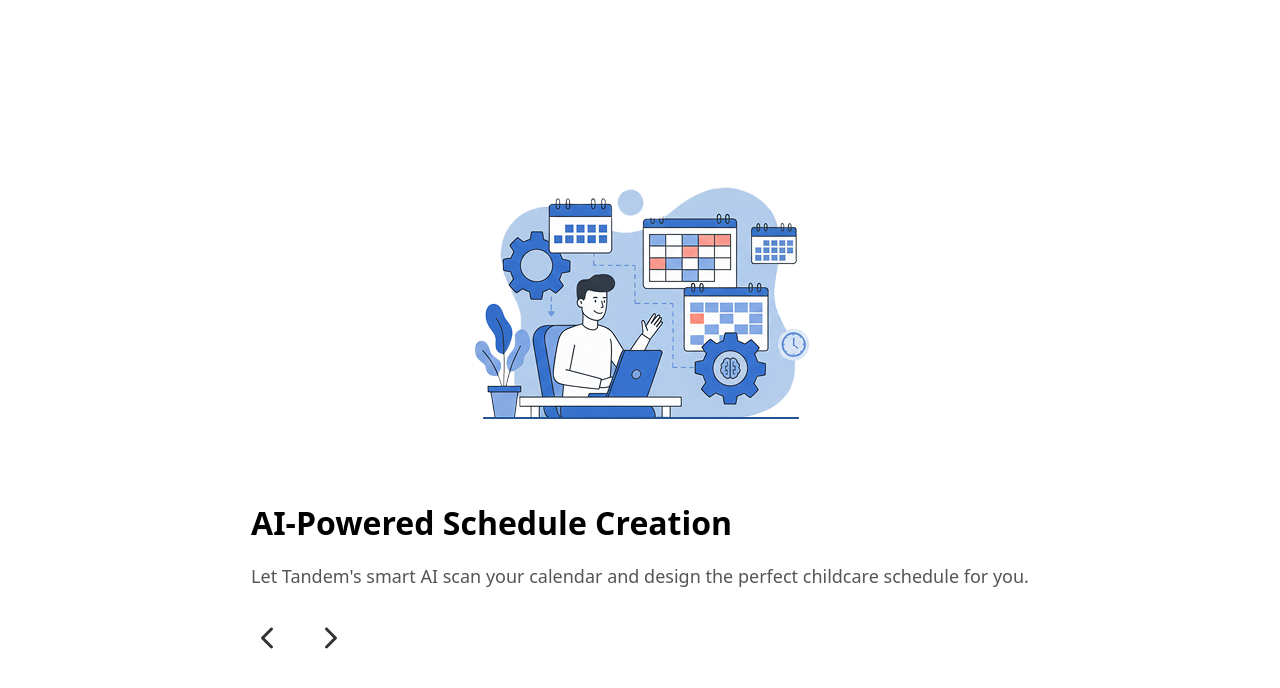
Repository: IDSP-TRADECARE/Tandem
Page: /boarding/features
These files come from the project's save history. The page is drawn as it stood at one moment and after a run of saves; the edit follows.
The browser window is 1280 px wide. The pictures show the whole page.
The page's requests for data from a server got no answer. Some web fonts or font styles are not loaded; a fallback is used. The project was rebuilt for these pictures with package versions that can differ from the ones it lists, and the page was loaded fresh each time. Some packages were replaced by stand-ins written for this rebuild. The framework's server and built-in components were replaced by stand-ins that run in the browser. No one was signed in, and anything a server would have sent is missing. Also part of the build but not shown: next.config.ts, src/app/components/auth/AuthGuard.tsx.

Above is the page before, as saved 2025-11-22 21:48:34.

### src/app/layout.tsx
/* eslint-disable @next/next/no-page-custom-font */
import { ClerkProvider } from '@clerk/nextjs'
import { SocketProvider } from '@/lib/socket/SocketContext'
import './globals.css'
import type { Metadata } from "next";
import { AuthWrapper } from './components/auth/AuthWrapper';


export const metadata: Metadata = {
  title: "Tandem",
  description: "Share childcare with your community",
  icons: {
    icon: 'brand/logoColor.svg',
  },
};

export default function RootLayout({
  children,
}: Readonly<{
  children: React.ReactNode;
}>) {
  return (
    <ClerkProvider>
      <html lang="en">
        <head>
          {/* Omnes Pro from Adobe Fonts */}
          <link rel="stylesheet" href="https://use.typekit.net/pku8yek.css" />

          {/* Alan Sans from Google Fonts */}
          <link rel="preconnect" href="https://fonts.googleapis.com" />
          <link rel="preconnect" href="https://fonts.gstatic.com" crossOrigin="anonymous" />
          <link href="https://fonts.googleapis.com/css2?family=Alan+Sans:wght@300..900&display=swap" rel="stylesheet" />
        </head>
        <body className="antialiased">
          <SocketProvider>
            <AuthWrapper>
              {children}
            </AuthWrapper>
          </SocketProvider>
        </body>
      </html>
    </ClerkProvider>
  )
}

### src/app/boarding/features/page.tsx
"use client";
import { useState } from "react";
import { useRouter } from "next/navigation";
import { GradientBackgroundFull } from "@/app/components/ui/backgrounds/GradientBackgroundFull";
import { IoIosArrowBack, IoIosArrowForward } from "react-icons/io";
import styles from "./features.module.css";

const features = [
    {
        id: 1,
        title: "AI-Powered Schedule Creation",
        description:
            "Let Tandem's smart AI scan your calendar and design the perfect childcare schedule for you.",
        imgSrc: "/boarding/Graphic-ai-powered-feature1.png",
    },
    {
        id: 2,
        title: "Seamless Nanny Booking",
        description:
            "Effortlessly discover and book reliable nannies tailored to your family's needs.",
        imgSrc: "/boarding/Seamless-nanny-booking-feature2.png",
    },
    {
        id: 3,
        title: "Intelligent Nanny Sharing",
        description:
            "Team up with nearby families to share trusted nannies, cutting costs while building lasting connections.",
        imgSrc: "/boarding/Intelligent-nanny-sharing-feature3.png",
    },
];

export default function FeaturesPage() {
    const [currentIndex, setCurrentIndex] = useState(0);
    const router = useRouter();

    const handleNext = () => {
        if (currentIndex < features.length - 1) {
            setCurrentIndex(currentIndex + 1);
        } else {
            router.push("./sign-up");
        }
    };

    const handlePrevious = () => {
        if (currentIndex > 0) {
            setCurrentIndex(currentIndex - 1);
        }
    };

    const currentFeature = features[currentIndex];

    return (
        <div className={styles.container}>
            <div className={styles.imageContainer}>
                <img
                    src={currentFeature.imgSrc}
                    alt={`Feature ${currentFeature.id}`}
                />
            </div>
            <div className='content-buttons'>
                <div className={styles.content}>
                    <h1 className={styles.title}>{currentFeature.title}</h1>

                    <p className={styles.description}>
                        {currentFeature.description}
                    </p>
                </div>
                <div className={styles.navigation}>
                    <button
                        onClick={handlePrevious}
                        disabled={currentIndex === 0}
                    >
                        <IoIosArrowBack size={32} />
                    </button>

                    <button onClick={handleNext}>
                        <IoIosArrowForward size={32} />
                    </button>
                </div>
            </div>
        </div>
    );
}

### src/lib/socket/SocketContext.tsx
'use client';

import { createContext, useContext, useEffect, useState } from 'react';
import { io, Socket } from 'socket.io-client';
import { ClientToServerEvents, ServerToClientEvents } from './types';

type TypedSocket = Socket<ServerToClientEvents, ClientToServerEvents>;

interface SocketContextType {
  socket: TypedSocket | null;
  isConnected: boolean;
}

const SocketContext = createContext<SocketContextType>({
  socket: null,
  isConnected: false,
});

export function SocketProvider({ children }: { children: React.ReactNode }) {
  const [socket, setSocket] = useState<TypedSocket | null>(null);
  const [isConnected, setIsConnected] = useState(false);

  useEffect(() => {
    const socketUrl = process.env.NEXT_PUBLIC_SOCKET_URL || 'http://localhost:3001';

    console.log('Connecting to Socket.IO server:', socketUrl);

    const socketInstance: TypedSocket = io(socketUrl, {
      transports: ['websocket', 'polling'],
    });

    socketInstance.on('connect', () => {
      console.log('✅ Socket connected:', socketInstance.id);
      setIsConnected(true);
    });

    socketInstance.on('disconnect', () => {
      console.log('❌ Socket disconnected');
      setIsConnected(false);
    });

    socketInstance.on('connect_error', (error) => {
      console.error('Socket connection error:', error);
      setIsConnected(false);
    });

    setSocket(socketInstance);

    return () => {
      socketInstance.disconnect();
    };
  }, []);

  return (
    <SocketContext.Provider value={{ socket, isConnected }}>
      {children}
    </SocketContext.Provider>
  );
}

export const useSocket = () => useContext(SocketContext);

### src/app/globals.css
@import "tailwindcss";

@theme {
  /* Font families */
  --font-family-alan: "Alan Sans", sans-serif;
  --font-family-omnes: "omnes-pro", sans-serif;

  /* Primary Colors */
  --color-primary: #3373cc;
  --color-primary-lighter: #a3c0e8;
  --color-primary-light: #91b3e3;
  --color-primary-light-hover: #91b3e3;
  --color-primary-light-active: #7aa4de;
  --color-primary-hover: #2b62ad;
  --color-primary-active: #255495;
  --color-primary-dark: #122847;
  --color-primary-dark-hover: #0d1d33;
  --color-primary-dark-active: #060d16;

  /* Secondary Colors */
  --color-secondary: #92f189;
  --color-secondary-lighter: #cef9ca;
  --color-secondary-light: #c4f7bf;
  --color-secondary-light-hover: #c4f7bf;
  --color-secondary-light-active: #b8f6b2;
  --color-secondary-hover: #7ccd74;
  --color-secondary-active: #6bb064;
  --color-secondary-dark: #335430;
  --color-secondary-dark-hover: #253c22;
  --color-secondary-dark-active: #101b0f;

  /* Analogous Colors */
  --color-analogous: #68d5ff;
  --color-analogous-lighter: #bbecff;
  --color-analogous-light: #ade8ff;
  --color-analogous-light-hover: #ade8ff;
  --color-analogous-light-active: #9de4ff;
  --color-analogous-hover: #58b5d9;
  --color-analogous-active: #4c9bba;
  --color-analogous-dark: #244b59;
  --color-analogous-dark-hover: #1a3540;
  --color-analogous-dark-active: #0b171c;

  /* Success */
  --color-success: #95b548;

  /* Warning */
  --color-warning: #d78f26;

  /* Error */
  --color-error: #c43535;

  /* Neutral Colors */
  --color-neutral-50: #e6e6e8;
  --color-neutral-100: #b0b0b8;
  --color-neutral-200: #8a8a96;
  --color-neutral-300: #545466;
  --color-neutral-400: #333349;
  --color-neutral-500: #00001b;
  --color-neutral-600: #000019;
  --color-neutral-700: #000013;
  --color-neutral-800: #00000f;
  --color-neutral-900: #00000b;
}

@layer base {
  :root {
    /* Semantic mappings for shadcn */
    --background: 0 0% 100%;
    --foreground: var(--color-neutral-500);
    --card: 0 0% 100%;
    --card-foreground: var(--color-neutral-500);
    --popover: 0 0% 100%;
    --popover-foreground: var(--color-neutral-500);
    --primary-foreground: 0 0% 98%;
    --secondary-foreground: var(--color-neutral-500);
    --muted: var(--color-neutral-50);
    --muted-foreground: var(--color-neutral-300);
    --accent: var(--color-analogous-light);
    --accent-foreground: var(--color-neutral-500);
    --destructive: var(--color-error);
    --destructive-foreground: 0 0% 98%;
    --border: var(--color-neutral-100);
    --input: var(--color-neutral-100);
    --ring: var(--color-primary);
    --radius: 0.5rem;
    --gradient-primary: linear-gradient(135deg, #3373CC 0%, #6DB6AE 46%, #9DEE95 100%);
  }

  .dark {
    --background: var(--color-neutral-500);
    --foreground: 0 0% 98%;
    --card: var(--color-neutral-400);
    --card-foreground: 0 0% 98%;
    --popover: var(--color-neutral-400);
    --popover-foreground: 0 0% 98%;
    --primary-foreground: var(--color-neutral-500);
    --secondary-foreground: 0 0% 98%;
    --muted: var(--color-neutral-300);
    --muted-foreground: var(--color-neutral-100);
    --accent: var(--color-analogous-dark);
    --accent-foreground: 0 0% 98%;
    --destructive-foreground: 0 0% 98%;
    --border: var(--color-neutral-300);
    --input: var(--color-neutral-300);
    --ring: var(--color-primary-light);
    --gradient-primary: linear-gradient(135deg, #3373CC 0%, #6DB6AE 46%, #9DEE95 100%);
  }

  /* Font utilities */
  .font-alan {
    font-family: var(--font-family-alan);
    font-optical-sizing: auto;
  }

  .font-omnes {
    font-family: var(--font-family-omnes);
  }
}

/* FullCalendar Custom Styles */
.fullcalendar-container {
  font-family: inherit;
}

.fc {
  font-size: 14px;
}

.fc .fc-toolbar-title {
  font-size: 1.5rem;
  font-weight: 700;
  color: var(--color-primary);
}

.fc .fc-button {
  background-color: var(--color-primary);
  border-color: var(--color-primary);
  color: white;
  border-radius: 8px;
  padding: 6px 12px;
  font-weight: 600;
}

.fc .fc-button:hover {
  background-color: var(--color-primary-hover);
  border-color: var(--color-primary-hover);
}

.fc .fc-button-active {
  background-color: var(--color-primary-dark);
  border-color: var(--color-primary-dark);
}

.fc .fc-col-header-cell {
  background-color: var(--color-neutral-50);
  padding: 12px;
  font-weight: 600;
  color: var(--color-primary);
}

.fc .fc-daygrid-day-number {
  font-weight: 600;
  color: var(--color-primary);
  padding: 8px;
}

.fc .fc-daygrid-day.fc-day-today {
  background-color: var(--color-primary-lighter) !important;
}

.fc .fc-event {
  border-radius: 6px;
  padding: 4px 6px;
  font-size: 12px;
  font-weight: 600;
  cursor: pointer;
}

.fc .fc-timegrid-event {
  border-radius: 6px;
  padding: 4px;
}

.fc .fc-timegrid-slot {
  height: 3em;
}

.fc .fc-scrollgrid {
  border-color: var(--neutral-100) !important;
}

@layer utilities {
  .bg-gradient-primary {
    background: var(--gradient-primary);
  }
}

### src/app/components/auth/AuthWrapper.tsx
'use client';

import { usePathname } from 'next/navigation';
import { AuthGuard } from './AuthGuard';

export function AuthWrapper({ children }: { children: React.ReactNode }) {
  const pathname = usePathname();

  // Routes that don't require authentication
  const publicRoutes = ['/boarding/features', '/sign-in', '/sign-up'];
  const isPublicRoute = pathname === '/' || publicRoutes.some(route => pathname?.startsWith(route));

  if (isPublicRoute) {
    return <>{children}</>;
  }

  return <AuthGuard>{children}</AuthGuard>;
}

### src/app/boarding/features/features.module.css
.title {
    font-size: 2rem;
    font-weight: bold;
    margin-bottom: 1rem;
}
.description {
    font-size: 1.125rem;
    color: #555;
    margin-bottom: 2rem;
}
.container {
    min-height: 100vh;
    display: flex;
    flex-direction: column;
    align-items: center;
    justify-content: center;
    padding: 2rem;
}
.imageContainer {
    height: 24rem;
    display: flex;
    align-items: center;
    justify-content: center;
    margin: 1.5rem 0;
}
.navigation {
    display: flex;
    align-items: center;
    gap: 2rem;
}
.navigation button {
    background: none;
    border: none;
    font-size: 2rem;
    cursor: pointer;
    color: #333;
}

### src/app/components/ui/backgrounds/HalfBackground.tsx
import React from 'react';

export type HalfBackgroundProps = {
  children?: React.ReactNode;
  divHeight?: number;
  topPosition?: string;
};

export function HalfBackground({ children, divHeight, topPosition }: HalfBackgroundProps) {
  return (
    <div
      className="fixed left-0 right-0 bg-[#F5F5F5]"
      style={{
        top: topPosition || '140px',
        bottom: 0,
        height: divHeight != null ? `${divHeight}%` : 'auto',
        borderTopLeftRadius: '35px',
        borderTopRightRadius: '35px',
      }}
    >
      {children}
    </div>
  );
}

After the next 2 saves:
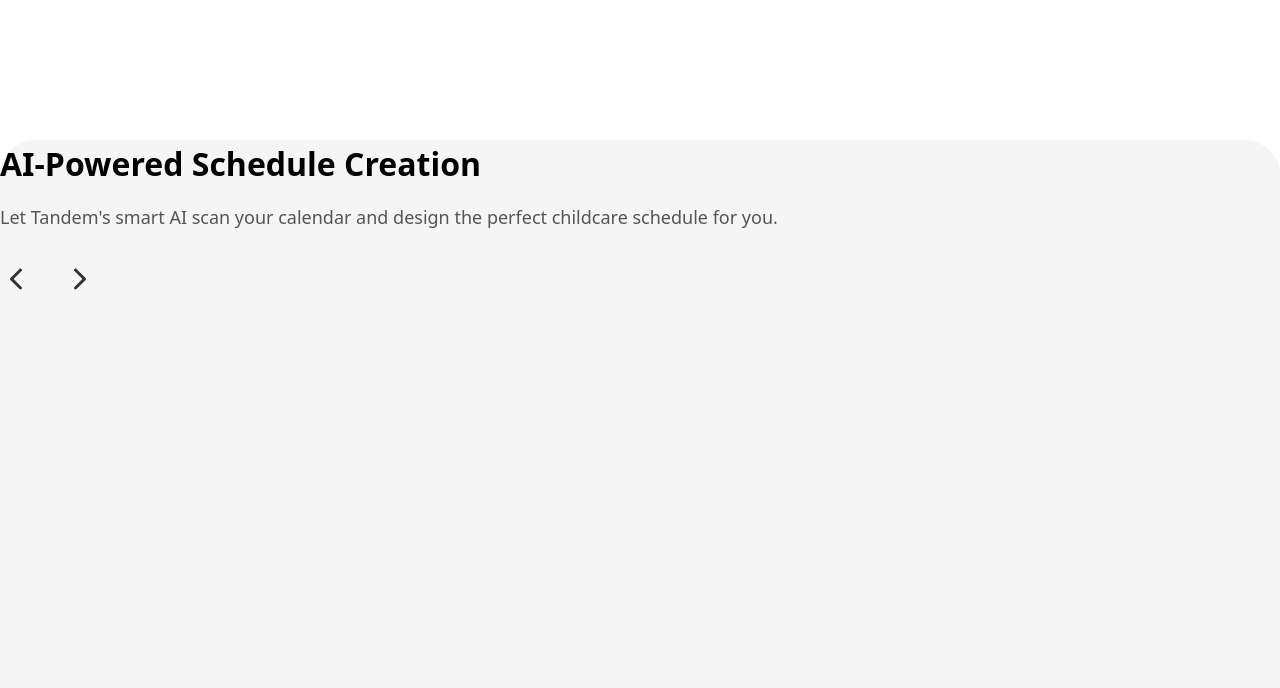
The 2 saves are shown as one change because 1 did not build or start.
The last was saved 97 s later.
--- a/src/app/boarding/features/page.tsx
+++ b/src/app/boarding/features/page.tsx
@@ -4,6 +4,7 @@
 import { GradientBackgroundFull } from "@/app/components/ui/backgrounds/GradientBackgroundFull";
 import { IoIosArrowBack, IoIosArrowForward } from "react-icons/io";
 import styles from "./features.module.css";
+import { HalfBackground } from "@/app/components/ui/backgrounds/HalfBackground";
 
 const features = [
     {
@@ -58,25 +59,27 @@
                 />
             </div>
             <div className='content-buttons'>
-                <div className={styles.content}>
-                    <h1 className={styles.title}>{currentFeature.title}</h1>
+                <HalfBackground>
+                    <div className={styles.content}>
+                        <h1 className={styles.title}>{currentFeature.title}</h1>
 
-                    <p className={styles.description}>
-                        {currentFeature.description}
-                    </p>
-                </div>
-                <div className={styles.navigation}>
-                    <button
-                        onClick={handlePrevious}
-                        disabled={currentIndex === 0}
-                    >
-                        <IoIosArrowBack size={32} />
-                    </button>
+                        <p className={styles.description}>
+                            {currentFeature.description}
+                        </p>
+                    </div>
+                    <div className={styles.navigation}>
+                        <button
+                            onClick={handlePrevious}
+                            disabled={currentIndex === 0}
+                        >
+                            <IoIosArrowBack size={32} />
+                        </button>
 
-                    <button onClick={handleNext}>
-                        <IoIosArrowForward size={32} />
-                    </button>
-                </div>
+                        <button onClick={handleNext}>
+                            <IoIosArrowForward size={32} />
+                        </button>
+                    </div>
+                </HalfBackground>
             </div>
         </div>
     );

After the save that followed:
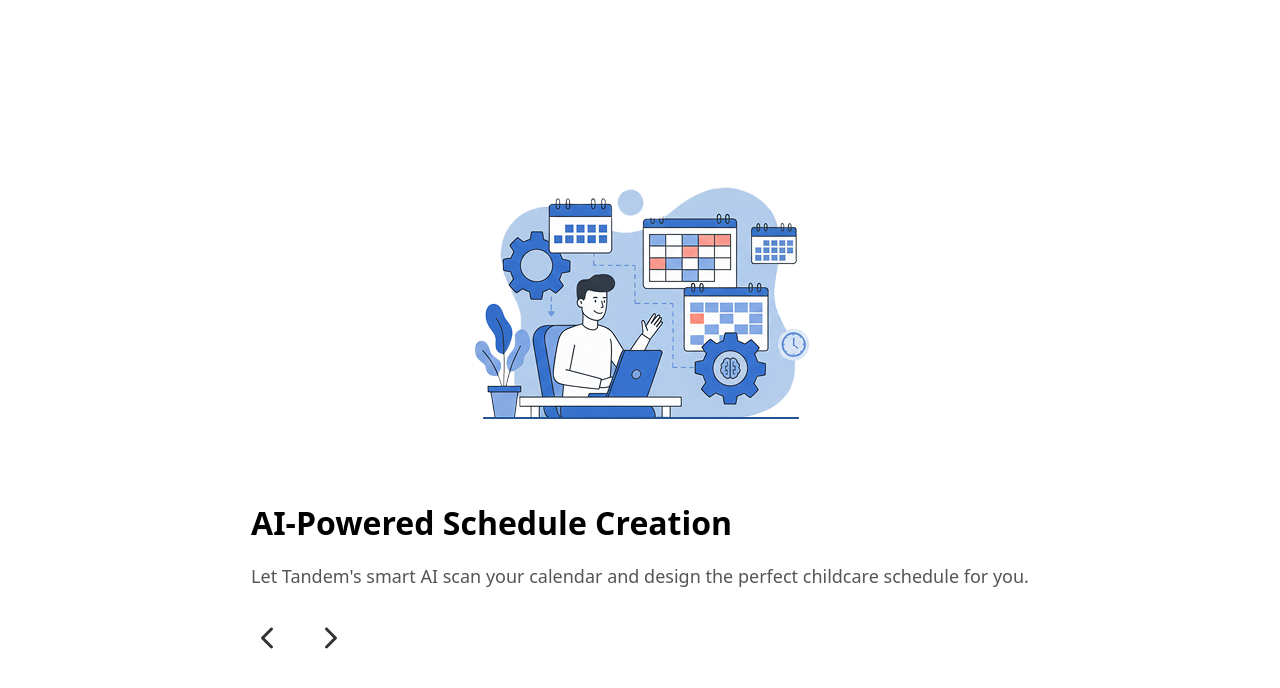
Saved 12 s later.
--- a/src/app/boarding/features/page.tsx
+++ b/src/app/boarding/features/page.tsx
@@ -4,7 +4,6 @@
 import { GradientBackgroundFull } from "@/app/components/ui/backgrounds/GradientBackgroundFull";
 import { IoIosArrowBack, IoIosArrowForward } from "react-icons/io";
 import styles from "./features.module.css";
-import { HalfBackground } from "@/app/components/ui/backgrounds/HalfBackground";
 
 const features = [
     {
@@ -59,27 +58,25 @@
                 />
             </div>
             <div className='content-buttons'>
-                <HalfBackground>
-                    <div className={styles.content}>
-                        <h1 className={styles.title}>{currentFeature.title}</h1>
+                <div className={styles.content}>
+                    <h1 className={styles.title}>{currentFeature.title}</h1>
 
-                        <p className={styles.description}>
-                            {currentFeature.description}
-                        </p>
-                    </div>
-                    <div className={styles.navigation}>
-                        <button
-                            onClick={handlePrevious}
-                            disabled={currentIndex === 0}
-                        >
-                            <IoIosArrowBack size={32} />
-                        </button>
+                    <p className={styles.description}>
+                        {currentFeature.description}
+                    </p>
+                </div>
+                <div className={styles.navigation}>
+                    <button
+                        onClick={handlePrevious}
+                        disabled={currentIndex === 0}
+                    >
+                        <IoIosArrowBack size={32} />
+                    </button>
 
-                        <button onClick={handleNext}>
-                            <IoIosArrowForward size={32} />
-                        </button>
-                    </div>
-                </HalfBackground>
+                    <button onClick={handleNext}>
+                        <IoIosArrowForward size={32} />
+                    </button>
+                </div>
             </div>
         </div>
     );
